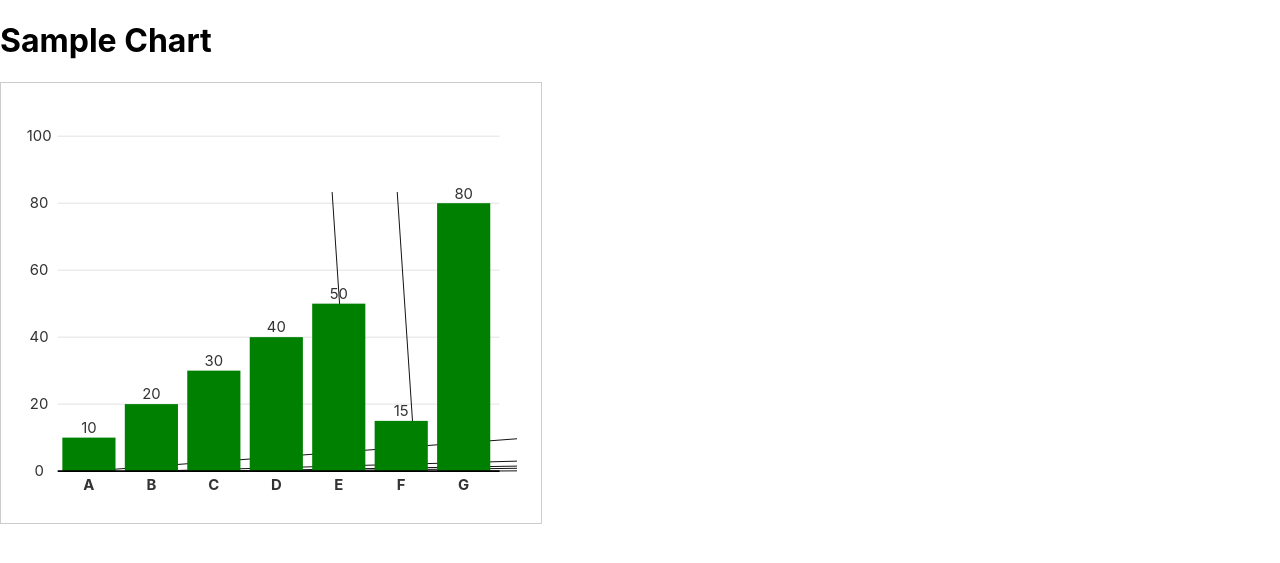
Repository: CaptainJang316/GChart
Page: /
The author's editor kept a copy of each file at every save. The page is drawn from the files as they stood at one save, then again after the next save.
The browser window is 1280 px wide. The pictures show the whole page.
The project was rebuilt for these pictures with package versions that can differ from the ones it lists, and the page was loaded fresh each time. Also part of the build but not shown: src/App.css.

Above is the page before, as saved 2024-11-09 17:20:14.

After the next save:
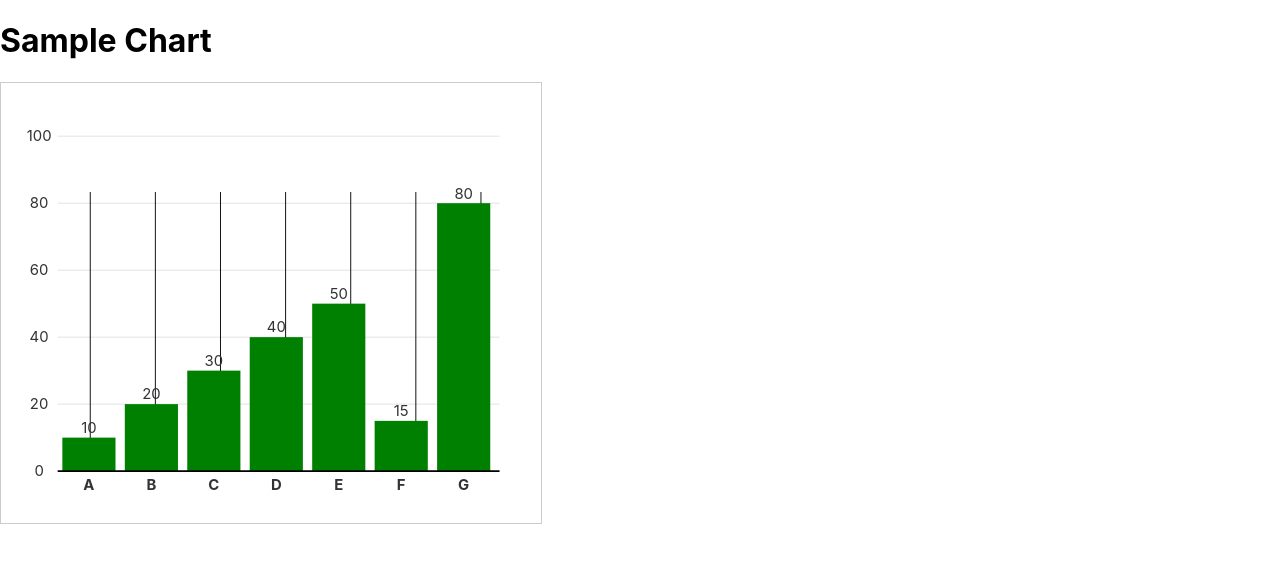
Saved 4 s later.
--- a/src/components/Chart/BarChart.tsx
+++ b/src/components/Chart/BarChart.tsx
@@ -63,7 +63,7 @@ const BarChart: React.FC<Option> = ({
                             key={el.id}
                             x1={el.x1 + 20}
                             y1={height}
-                            x2={el.x2 + '20'}
+                            x2={el.x2 + 20}
                             y2={100}
                             stroke="black"
                             // strokeDasharray="4 4"
